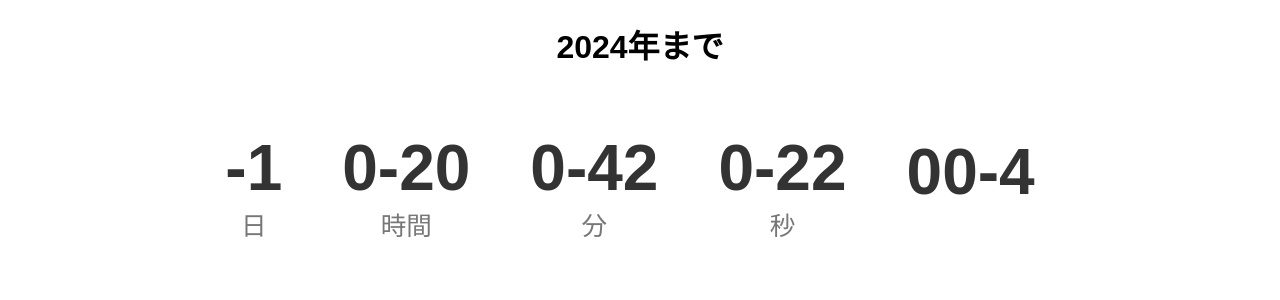
Repository: end888160/end888160.github.io
Page: countdown.ja.html
The author's editor kept a copy of each file at every save. The page is drawn from the files as they stood at one save, then again after the next save.
The browser window is 1280 px wide. The pictures show the whole page.

Above is the page before, as saved 2024-09-22 22:12:08.
Console error: ReferenceError: countdown is not defined

### countdown.ja.html
<!DOCTYPE html>
<html lang="en">
<head>
	<meta charset="UTF-8">
	<meta name="viewport" content="width=device-width, initial-scale=1.0">
	<meta name="description" content="Let's celebrate the New Year!">
	<title>カウントダウン</title>
	<style>
	.countdown {
		display: flex;
		justify-content: center;
		align-items: center;
		text-align: center;
		font-family: Arial, Helvetica, sans-serif;
		font-size: xx-large;
		margin-top: 5%;
		color: #333;
	}

	.countdown-item {
		margin: 0 10px;
		text-align: center;

	}

	.countdown-value {
		font-size: 2em;
		font-weight: bold;
		padding-left: 20px;
		padding-right: 20px;

	}

	.countdown-label {
		font-size: 0.8em;

		color: #777;
	}
	h1 {
		text-align: center;
		font-family: Arial, Helvetica, sans-serif;
		font-size: xx-large;

	}

	@media (prefers-color-scheme: light) {
		html {
			background-color: white;
			color: black;
		}
		h2 {
			color:white;
		}
	}
	@media (prefers-color-scheme: dark) {
		.countdown-item {
			color: #bbb
		}
		h2 {
			color:black;
		}
		html {
			background-color: black;
			color: white;
		}
	}
	@media only screen and (orientation: portrait) {
		.countdown {
			display: block;
		}
		.countdown-value {
			padding-top: 3px;

		}
		h1 {
			font-size: x-large;
		}
	}
	</style>
</head>
<body>
	<h1 id="header"></h1>
	<div class="countdown">
	<div class="countdown-item">
		<div class="countdown-value" id="days"></div>
		<div class="countdown-label">日</div>
	</div>
	<div class="countdown-item">
		<div class="countdown-value" id="hours"></div>
		<div class="countdown-label">時間</div>
	</div>
	<div class="countdown-item">
		<div class="countdown-value" id="minutes"></div>
		<div class="countdown-label">分</div>
	</div>
	<div class="countdown-item">
		<div class="countdown-value" id="seconds"></div>
		<div class="countdown-label">秒</div>
	</div>
	<div class="countdown-item">
		<div class="countdown-value" id="mseconds"></div>
		<div class="countdown-label"><br></div>
	</div>
	<div class="countdown-item">




	</div>
</div>

<script>

// Update the count down every 1 second]
if ( new Date().getMonth() + 1 === 1 )  {
    var IfMonth = true
} else {
	var IfMonth = "false"
}
if ( new Date().getDate() === 1 )  {
    var IfDate = true
} else {
	var IfMonth = "false"
}
if ( IfMonth === IfDate ) {
    var countDownTarget = new Date().getFullYear();
} else {
	var countDownTarget = new Date().getFullYear() + 1;
}


var x = setInterval(function countdown() {

	// Set the date we're counting down to
	var countDownDate = new Date("Jan 1, " + countDownTarget + " 00:00:00").getTime();
	var currentTimeZone = Intl.DateTimeFormat().resolvedOptions().timeZone

	// Get today's date and time
	var now = new Date().getTime();

	// Find the distance between now and the count down date
	var distance = countDownDate - now;

	// Time calculations for days, hours, minutes and seconds
	var days = Math.floor(distance / (1000 * 60 * 60 * 24));
	var hours = Math.floor((distance % (1000 * 60 * 60 * 24)) / (1000 * 60 * 60));
	var hour = hours < 10 ? "0" + hours : hours;
	var minutes = Math.floor((distance % (1000 * 60 * 60)) / (1000 * 60));
	var minute = minutes < 10 ? "0" + minutes : minutes;
	var seconds = Math.floor((distance % (1000 * 60)) / 1000);
	var second = seconds < 10 ? "0" + seconds : seconds;
	var mseconds = Math.floor(distance % 1000);
	var msecond = mseconds < 10 ? "0" + "0" + mseconds : mseconds < 100 ? "0" + mseconds : mseconds;

	// Display the result in the element with id="countdown"
	document.getElementById("days").innerHTML = days;
	document.getElementById("hours").innerHTML = hour;
	document.getElementById("minutes").innerHTML = minute;
	document.getElementById("seconds").innerHTML = second;
	document.getElementById("mseconds").innerHTML = msecond;
	document.getElementById("header").innerHTML = countDownTarget + "年まで"


	// If the count down is finished, write some text
	if (distance < 0) {
		clearInterval(x);
		document.getElementById("countdown").innerHTML = "HAPPY NEW YEAR!";
	}
	setTimeout(countdown, 1);
}, 0);
document.title = "Countdown to " + countDownTarget;
countdown()
</script>
</body>
</html>

After the next save:
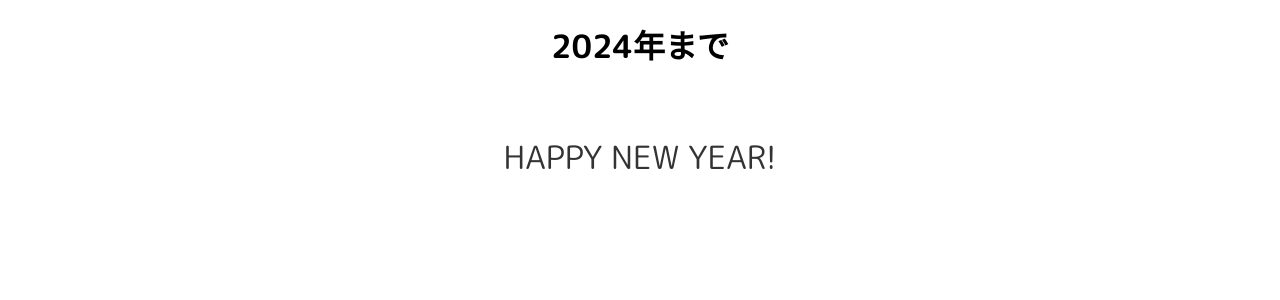
Console error: TypeError: countdown is not a function
Saved 50 s later.
--- a/countdown.ja.html
+++ b/countdown.ja.html
@@ -1,25 +1,36 @@
+
 <!DOCTYPE html>
 <html lang="en">
 <head>
 	<meta charset="UTF-8">
 	<meta name="viewport" content="width=device-width, initial-scale=1.0">
 	<meta name="description" content="Let's celebrate the New Year!">
-	<title>カウントダウン</title>
+	<link rel="preconnect" href="https://fonts.googleapis.com">
+	<link rel="preconnect" href="https://fonts.gstatic.com" crossorigin>
+	<link href="https://fonts.googleapis.com/css2?family=M+PLUS+Rounded+1c:wght@100;300;400;500;700;800;900&display=swap" rel="stylesheet">
+	<title>Countdown</title>
 	<style>
-	.countdown {
+	#countdown {
 		display: flex;
 		justify-content: center;
-		align-items: center;
-		text-align: center;
-		font-family: Arial, Helvetica, sans-serif;
+		font-family: "M PLUS Rounded 1c", sans-serif;
+  		font-weight: 400;
 		font-size: xx-large;
 		margin-top: 5%;
 		color: #333;
+		border-color: white;
+
+
+	}
+	.counttdown-table {
+		display: table;
 	}
 
 	.countdown-item {
 		margin: 0 10px;
 		text-align: center;
+		display: table-cell;
+  		font-style: normal;
 
 	}
 
@@ -33,12 +44,13 @@
 
 	.countdown-label {
 		font-size: 0.8em;
-
+		text-align: center;
 		color: #777;
+		font-weight: 400;
 	}
 	h1 {
 		text-align: center;
-		font-family: Arial, Helvetica, sans-serif;
+		font-family: "M PLUS Rounded 1c", sans-serif;
 		font-size: xx-large;
 
 	}
@@ -66,10 +78,19 @@
 	}
 	@media only screen and (orientation: portrait) {
 		.countdown {
-			display: block;
+			display: table-row-group;
+		}
+		.countdown-item {
+			display: table-row;
+		}
+		.countdown-label {
+			display: table-cell;
+			text-align: left;
 		}
 		.countdown-value {
-			padding-top: 3px;
+			display: table-cell;
+			padding-top: 15px;
+			text-align: right;
 
 		}
 		h1 {
@@ -78,35 +99,37 @@
 	}
 	</style>
 </head>
+
 <body>
-	<h1 id="header"></h1>
-	<div class="countdown">
-	<div class="countdown-item">
-		<div class="countdown-value" id="days"></div>
+	<h1 id="header">NEW YEAR COUNTDOWN</h1>
+
+<div id="countdown">
+	<div id="countdown-table">
+	<div class="countdown-item">
+		<div class="countdown-value"><span id="days"></span></div>
 		<div class="countdown-label">日</div>
 	</div>
-	<div class="countdown-item">
-		<div class="countdown-value" id="hours"></div>
+
+	<div class="countdown-item">
+		<div class="countdown-value"><span id="hours"></span></div>
 		<div class="countdown-label">時間</div>
 	</div>
-	<div class="countdown-item">
-		<div class="countdown-value" id="minutes"></div>
+
+	<div class="countdown-item">
+		<div class="countdown-value"><span id="minutes"></span></div>
 		<div class="countdown-label">分</div>
 	</div>
-	<div class="countdown-item">
-		<div class="countdown-value" id="seconds"></div>
+
+	<div class="countdown-item">
+		<div class="countdown-value"><span id="seconds"></span></div>
 		<div class="countdown-label">秒</div>
 	</div>
-	<div class="countdown-item">
-		<div class="countdown-value" id="mseconds"></div>
+
+	<div class="countdown-item">
+		<div class="countdown-value"><span id="mseconds"></span></div>
 		<div class="countdown-label"><br></div>
 	</div>
-	<div class="countdown-item">
-
-
-
-
-	</div>
+</div>
 </div>
 
 <script>
@@ -134,6 +157,20 @@ var x = setInterval(function countdown() {
 	// Set the date we're counting down to
 	var countDownDate = new Date("Jan 1, " + countDownTarget + " 00:00:00").getTime();
 	var currentTimeZone = Intl.DateTimeFormat().resolvedOptions().timeZone
+	var offsetTimeZone = new Date().getTimezoneOffset();
+
+	if (offsetTimeZone > 0){
+    var offsetTimeZonem = offsetTimeZone - (Math.floor(offsetTimeZone / 60) * 60);
+    } else if (offsetTimeZone < 0){
+      var offsetTimeZonem = offsetTimeZone - (Math.ceil(offsetTimeZone / 60) * 60);
+    }
+
+    offsetTimeZone = (offsetTimeZone / 60) * (-1);
+    if (offsetTimeZone > 0){
+       var offsetTimeZone = "+" + offsetTimeZone;
+    } else if (offsetTimeZonem < 10){
+       var offsetTimeZonem = "0" + offsetTimeZonem;
+	}
 
 	// Get today's date and time
 	var now = new Date().getTime();
@@ -158,7 +195,7 @@ var x = setInterval(function countdown() {
 	document.getElementById("minutes").innerHTML = minute;
 	document.getElementById("seconds").innerHTML = second;
 	document.getElementById("mseconds").innerHTML = msecond;
-	document.getElementById("header").innerHTML = countDownTarget + "年まで"
+	document.getElementById("header").innerHTML =　countDownTarget + "年まで";
 
 
 	// If the count down is finished, write some text
